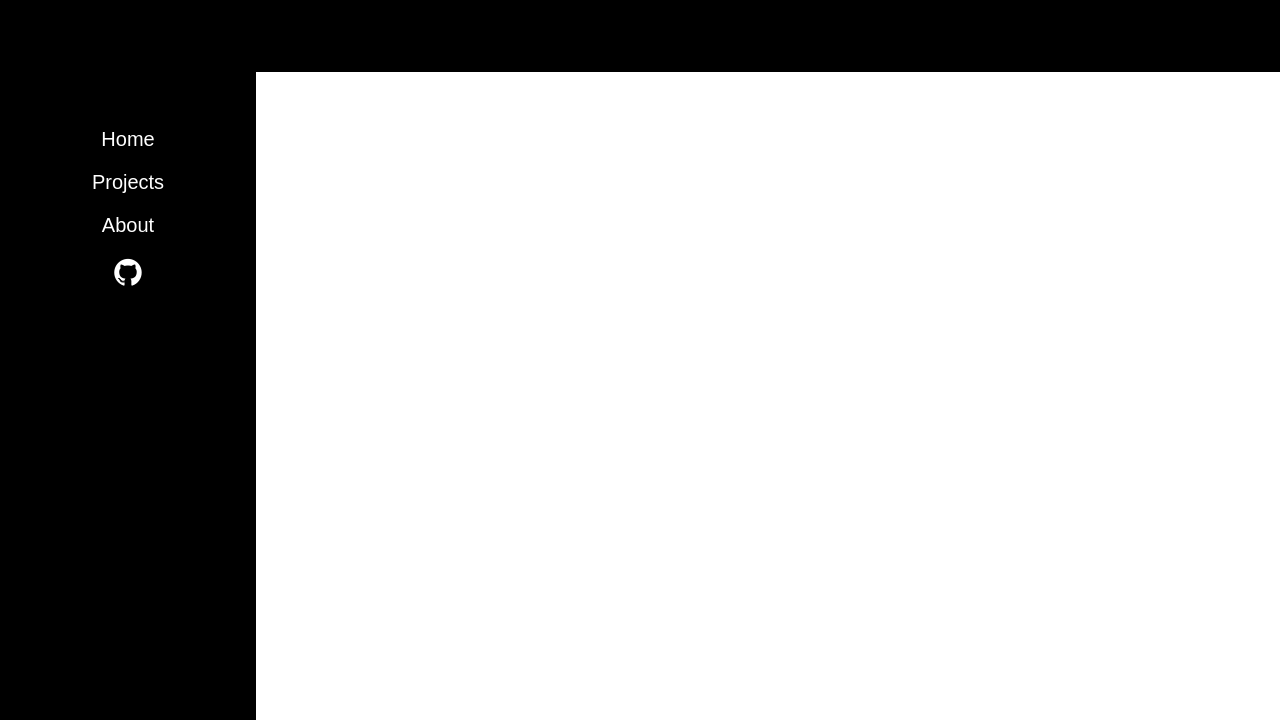
Repository: josephinel6/josephinel6.github.io
Page: index.html
The author's editor kept a copy of each file at every save. The page is drawn from the files as they stood at one save, then again after the next save.
The browser window is 1280 px wide. The pictures show the whole page.

Above is the page before, as saved 2023-04-04 10:54:13.

### index.html
<!DOCTYPE html>
<html>

<head>
    <style>
        :root.light {
            --color-bg: white;
            --color-menu-text: black;
        }

        :root.dark {
            --color-bg: black;
            --color-menu-text: white;
        }

        /* :root {
            --color-bg: black;
        } */

        html,
        body {
            height: 100%;
            width: 100%;
            margin: 0;
            position: relative;
            /* border-color: blue;
            border-radius: 10px;
            border-style: solid; */
            padding: 0;
        }

        #menu {
            height: 100%;
            width: 20%;
            position: absolute;
            display: table-cell;
            z-index: 1;
            top: 0;
            bottom: 0;
            background-color: var(--color-bg);
        }

        #topbar {
            width: 100%;
            height: 10%;
            background-color: var(--color-bg);
            position: absolute;
        }

        .menutext {
            color: var(--color-menu-text);
            font-family: sans-serif;
            font-size: 20px;
        }

        .fa-github {
            color: var(--color-menu-text);
        }
    </style>
    <link rel="stylesheet" href="https://cdnjs.cloudflare.com/ajax/libs/font-awesome/4.7.0/css/font-awesome.min.css">
    <script type="module" src="https://cdn.jsdelivr.net/gh/zerodevx/zero-md@2/dist/zero-md.min.js"></script>
</head>

<body>
    <div id="menu">
        <div>
            <CENTER>
                <p class="menutext" style="margin-top: 50%"> Home </p>
                <p class="menutext"> Projects </p>
                <p class="menutext"> About </p>
            </CENTER>
        </div>
        <CENTER>
            <div style="vertical-align: bottom;">
                <i href="https://github.com/josephinel6" class="fa fa-github fa-2x"></i>
            </div>
        </CENTER>
    </div>
    <div id="topbar">

    </div>
    <script>
        window.onload = function () {
            document.documentElement.classList.remove("light")
            document.documentElement.classList.add("dark")
            window.localStorage.setItem('mode', 'dark');
            console.log("dark")
        }

        function openpage(pageName, elmnt) {
            var i, tabcontent, tablinks;
            tabcontent = document.getElementsByClassName("tabcontent");
            for (i = 0; i < tabcontent.length; i++) {
                tabcontent[i].style.display = "none";
            }
            tablinks = document.getElementsByClassName("tablink");
            for (i = 0; i < tablinks.length; i++) {
                tablinks[i].style.backgroundColor = "";
            }
            document.getElementById(pageName).style.display = "block";

            document.body.scrollTop = 0;
            document.documentElement.scrollTop = 0;
            console.log("ducks")
        }
    </script>

</body>

</html>

After the next save:
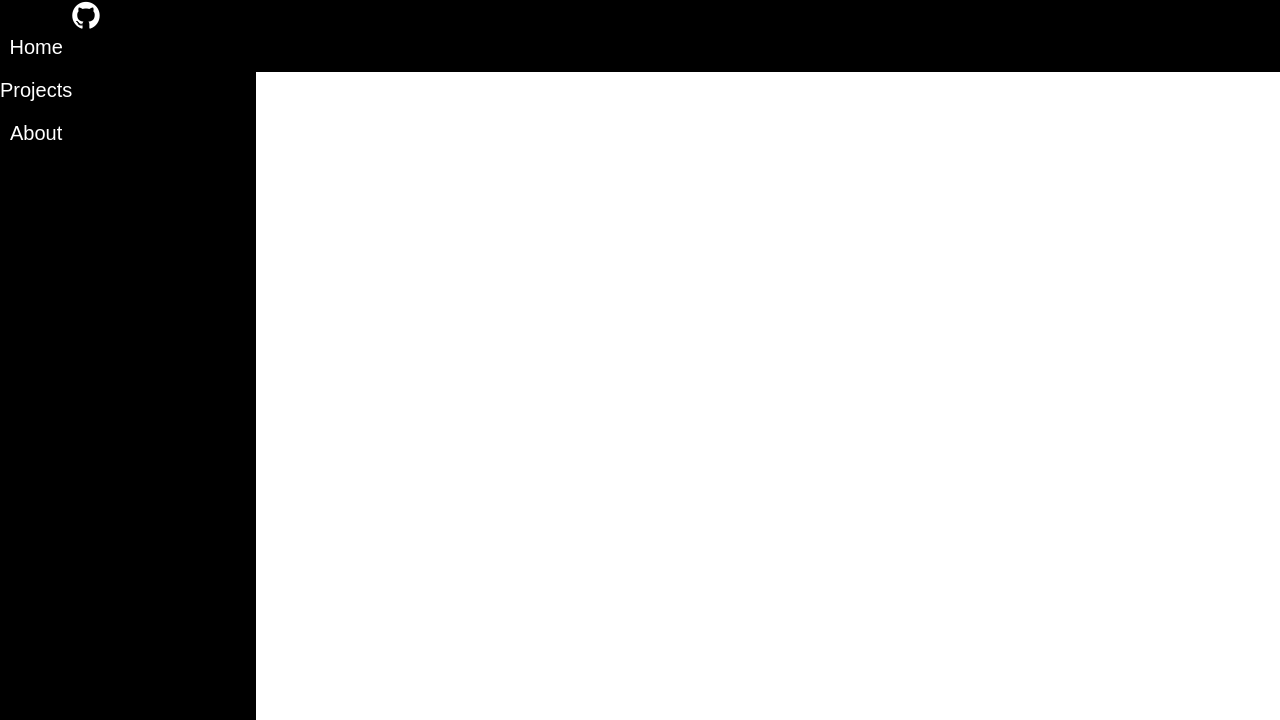
Saved 12 s later.
--- a/index.html
+++ b/index.html
@@ -33,7 +33,7 @@
             height: 100%;
             width: 20%;
             position: absolute;
-            display: table-cell;
+            display: flex;
             z-index: 1;
             top: 0;
             bottom: 0;

After the 2 saves that followed:
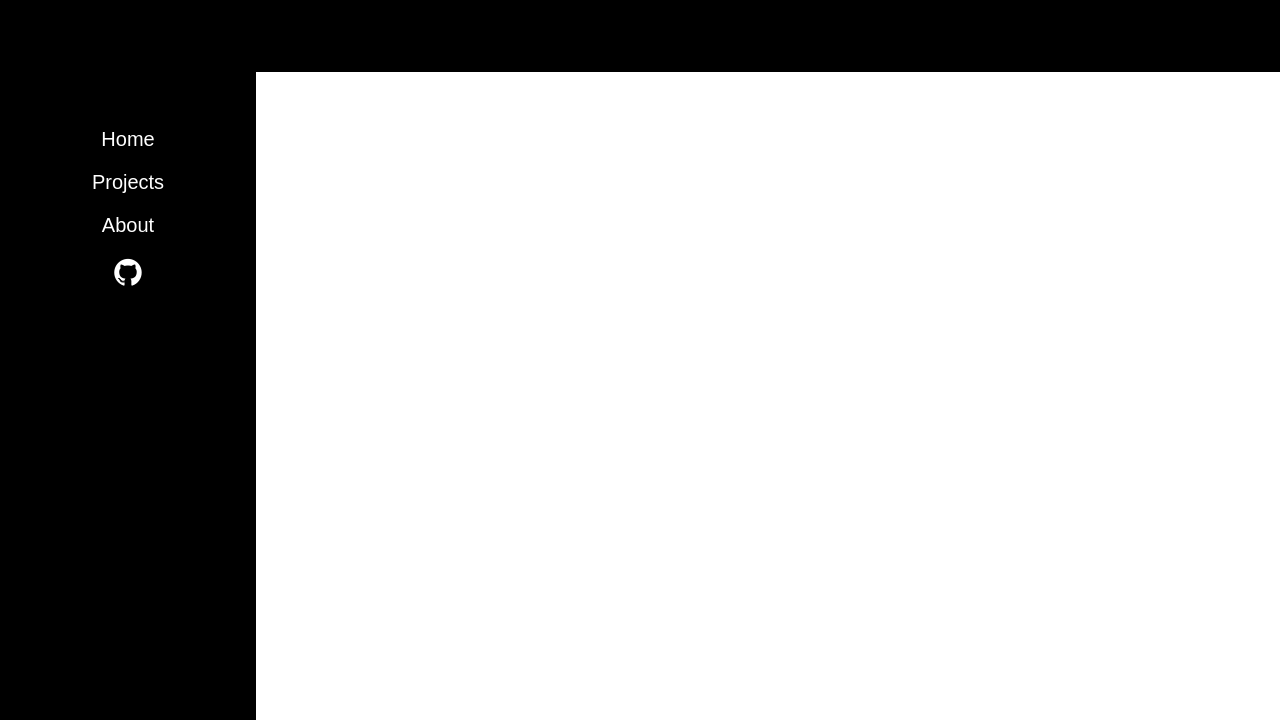
The 2 saves are shown as one change because 1 left the picture as it was.
The last was saved 24 s later.
--- a/index.html
+++ b/index.html
@@ -33,7 +33,6 @@
             height: 100%;
             width: 20%;
             position: absolute;
-            display: flex;
             z-index: 1;
             top: 0;
             bottom: 0;
@@ -71,7 +70,7 @@
             </CENTER>
         </div>
         <CENTER>
-            <div style="vertical-align: bottom;">
+            <div style="bottom:0">
                 <i href="https://github.com/josephinel6" class="fa fa-github fa-2x"></i>
             </div>
         </CENTER>
